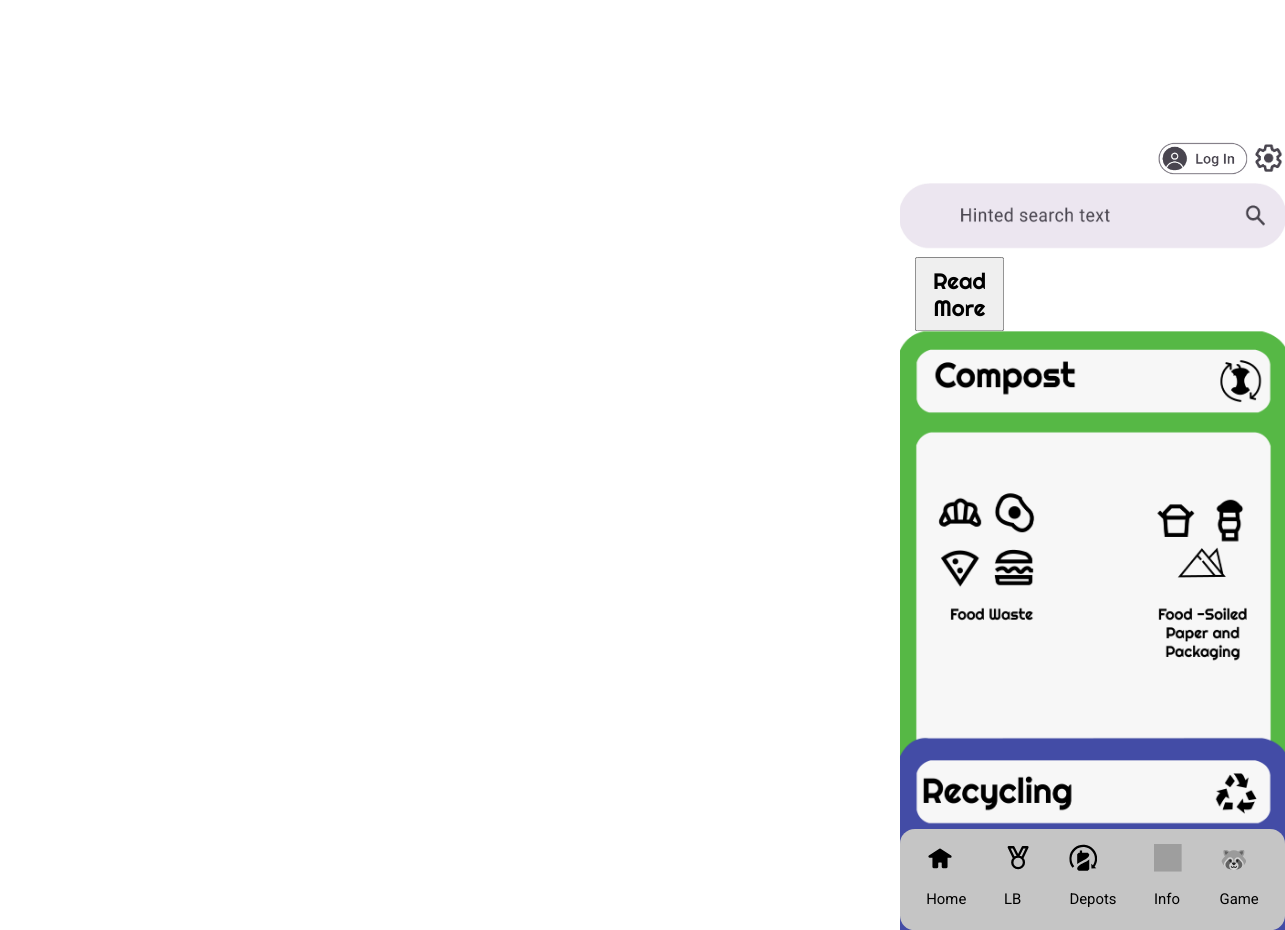
Repository: alemunden/Trash-Scavengers
Page: /Info
These files come from the project's save history. The page is drawn as it stood at one moment and after the next save; the edit follows.
The browser window is 1280 px wide. The page is 1382 px wide, so the pictures cover 1382 px, including what lies to the right of the window. The pictures show the whole page, at 93% of full size.
Pictures or frames that could not be fetched are drawn as grey boxes. An inner scrolling area shows only its first screen. The project was rebuilt for these pictures with package versions that can differ from the ones it lists, and the page was loaded fresh each time. The framework's server and built-in components were replaced by stand-ins that run in the browser. Also part of the build but not shown: next.config.mjs.

Above is the page before, as saved 2024-05-07 15:36:42.

After the next save:
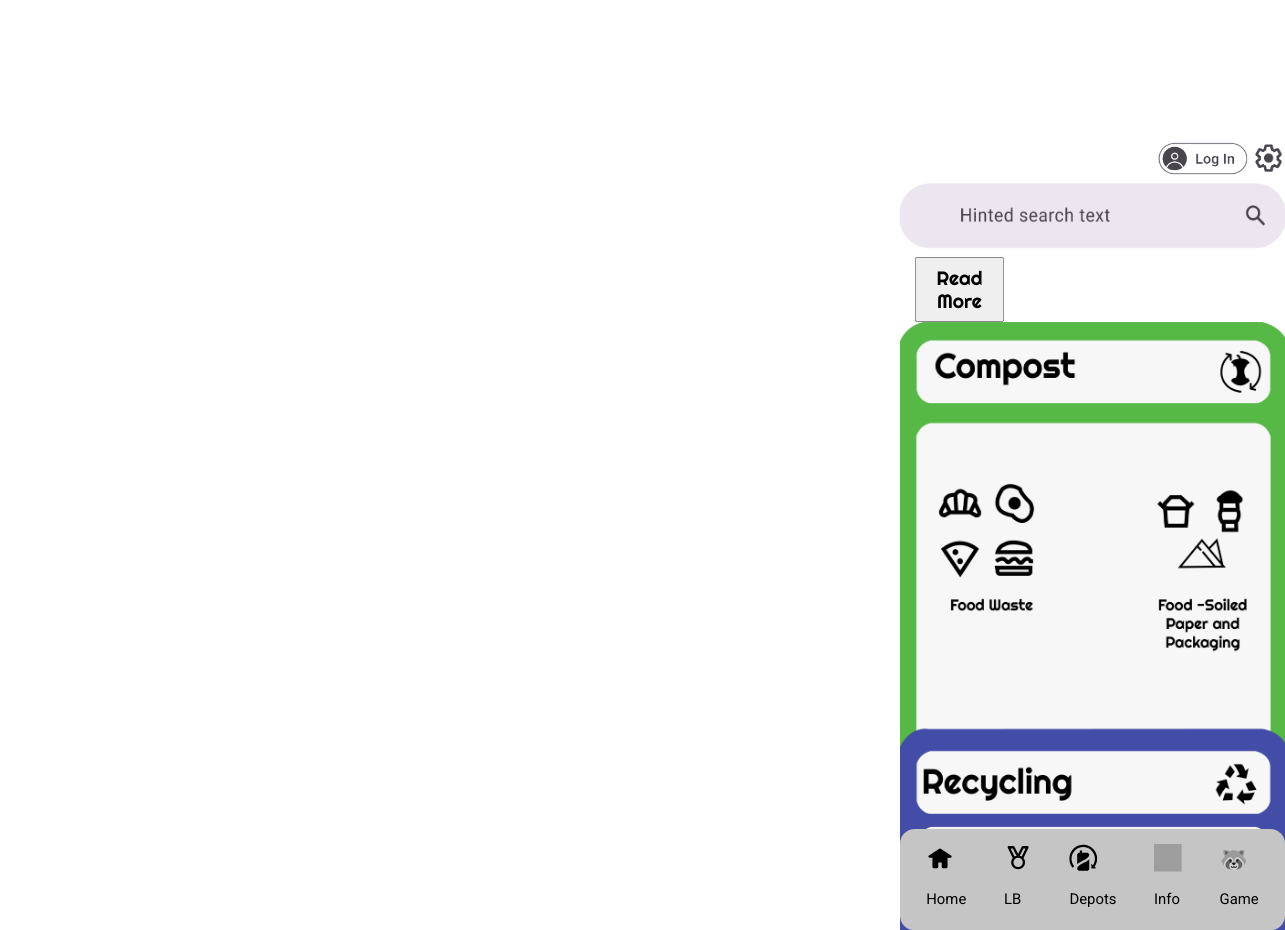
Saved 7 s later.
--- a/styles/Info.module.css
+++ b/styles/Info.module.css
@@ -6,5 +6,5 @@
     width: 6rem;
     padding: 0.5rem;
     font-family: "Righteous", sans-serif;
-    font-size: 1.5rem;
+    font-size: 1.3rem;
 }
